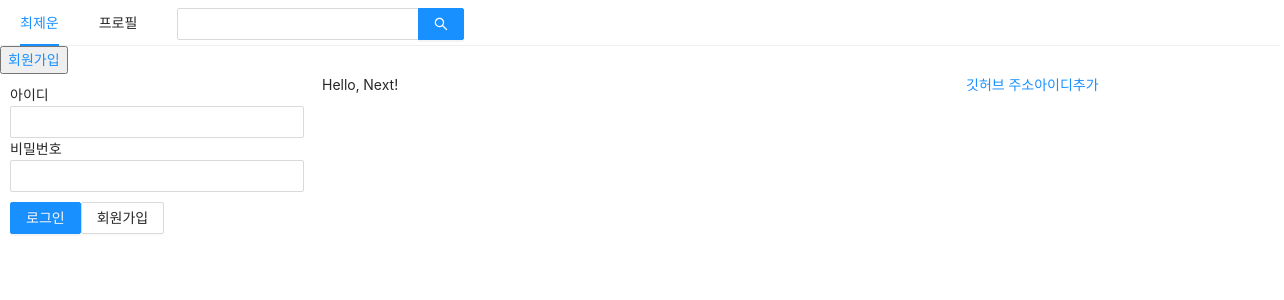
Repository: chlwpdnswku/zerochonext
Page: / (app in front/)
An editor plug-in stored every save of this project. The page is shown before and after the next save, followed by the edit.
The browser window is 1280 px wide. The page is 1284 px wide, so the pictures cover 1284 px, including what lies to the right of the window. The pictures show the whole page.
The project was rebuilt for these pictures with package versions that can differ from the ones it lists, and the page was loaded fresh each time. The framework's server and built-in components were replaced by stand-ins that run in the browser. Also part of the build but not shown: front/components/UserProfile.js.

Above is the page before, as saved 2022-08-28 08:57:41.

### front/pages/_app.js
import React from 'react';
import Head from 'next/head';
import PropTypes from 'prop-types';
import 'antd/dist/antd.css';

const NodeBird = ({ Component }) => {
  return (
    <>
      <Head>
        <meta charSet='utf-8' />
        <title>NodeBird</title>
      </Head>
      <Component />
    </>
  );
};

NodeBird.propTypes = {
  Component: PropTypes.elementType.isRequired,
};

export default NodeBird;

### front/pages/index.js
import React from 'react';
import Head from 'next/head';
import AppLayout from '../components/AppLayout';

const Home = () => (
  <AppLayout>
    <Head>
      <title>NodeBird</title>
    </Head>
    <div>Hello, Next!</div>
  </AppLayout>
);

export default Home;

### front/components/AppLayout.js
import React, { useState } from 'react';
import Link from 'next/link';
import { Menu, Input, Button, Row, Col } from 'antd';
import PropTypes from 'prop-types';
import UserProfile from './UserProfile';
import LoginForm from './LoginForm';

function AppLayout({ children }) {
  const [login, setLogin] = useState(false);

  return (
    <div>
      <Menu mode='horizontal'>
        <Menu.Item key='home'>
          <Link href='/'>
            <a>최제운</a>
          </Link>
        </Menu.Item>
        <Menu.Item key='profile'>
          <Link href='/profile'>
            <a>프로필</a>
          </Link>
        </Menu.Item>
        <Menu.Item key='mail'>
          <Input.Search
            enterButton
            style={{
              verticalAlign: 'middle',
            }}
          />
        </Menu.Item>
      </Menu>
      <Link href='/signup'>
        <a>
          <button>회원가입</button>
        </a>
      </Link>
      <Row gutter={8}>
        <Col xs={24} md={6}>
          {/* Login 구분 */}
          {login ? <UserProfile /> : <LoginForm />}
        </Col>
        <Col xs={24} md={12}>
          {' '}
          {children}
        </Col>
        <Col xs={24} md={6}>
          <a
            href='http://www.naver.com'
            target='_blank'
            rel='noreferrer noopener'
          >
            깃허브 주소아이디추가
          </a>
        </Col>
      </Row>
    </div>
  );
}
AppLayout.propTypes = {
  children: PropTypes.node.isRequired,
};

export default AppLayout;

### front/components/LoginForm.js
import React, { useState, useCallback } from 'react';
import { Button, Form, Input } from 'antd';
import Link from 'next/link';
import styled from 'styled-components';

// 이렇게적어야 객체 변환으로쓸수가있음 아래button한개만 적용

function LoginForm() {
  const [id, setId] = useState('');
  const [password, setPassword] = useState('');

  //컴포넌트에 props를쓰면 useCallback
  const onChangeId = useCallback((e) => {
    setId(e.target.value);
  }, []);

  const onChangePassword = useCallback((e) => {
    setPassword(e.target.value);
  }, []);

  const ButtonWrapper = styled.div`
    margin-top: 10px;
  `;

  return (
    <Form style={{ padding: '10px' }}>
      <div>
        <label htmlFor='user-id'>아이디</label>
        <br />
        <Input name='user-id' value={id} onChange={onChangeId} required />
      </div>

      <div>
        <label htmlFor='user-password'>비밀번호</label>
        <Input
          htmlFor='user-password'
          value={password}
          onChange={onChangePassword}
          type='password'
          required
        />
      </div>

      {/* style에 객체를 넣으면안됨  {}==={} ->false가됨 서로다른 주소를 가리키기때문임 성능적으로큰차이없으면 그냥하기*/}
      <ButtonWrapper>
        <Button type='primary' htmlType='submit' loading={false}>
          로그인
        </Button>
        <Link href='/signup'>
          <a>
            <Button>회원가입</Button>
          </a>
        </Link>
      </ButtonWrapper>
    </Form>
  );
}

export default LoginForm;

Loaded but not shown: front/pages/_document.js (common file)

After the next save:
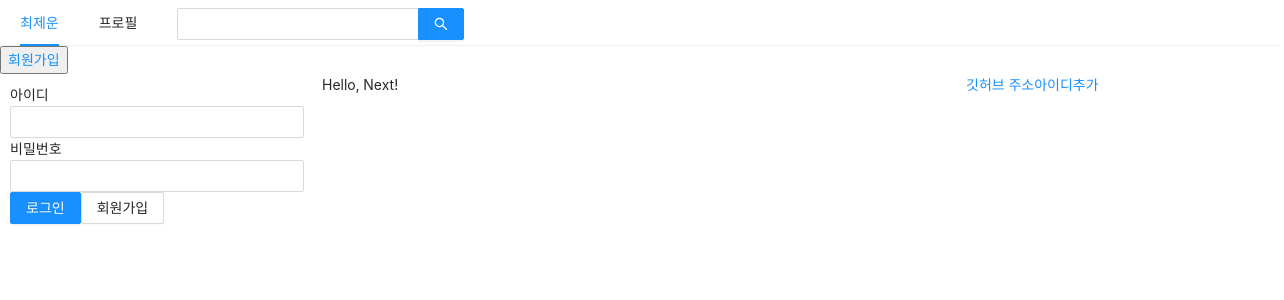
Saved 51 s later.
--- a/front/components/LoginForm.js
+++ b/front/components/LoginForm.js
@@ -19,7 +19,7 @@
   }, []);
 
   const ButtonWrapper = styled.div`
-    margin-top: 10px;
+    margin-top: 10;
   `;
 
   return (

After the save that followed:
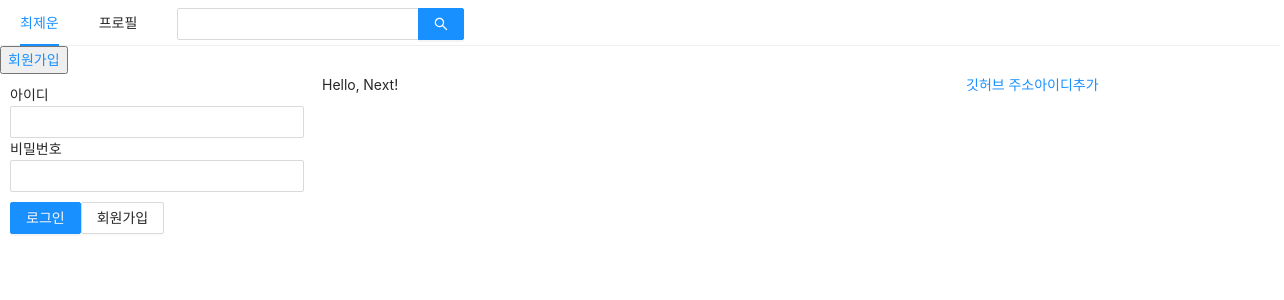
Saved 35 s later.
--- a/front/components/LoginForm.js
+++ b/front/components/LoginForm.js
@@ -4,6 +4,9 @@
 import styled from 'styled-components';
 
 // 이렇게적어야 객체 변환으로쓸수가있음 아래button한개만 적용
+const buttonWrapper = styled.div`
+  margin-top: 10px;
+`;
 
 function LoginForm() {
   const [id, setId] = useState('');
@@ -17,10 +20,6 @@
   const onChangePassword = useCallback((e) => {
     setPassword(e.target.value);
   }, []);
-
-  const ButtonWrapper = styled.div`
-    margin-top: 10;
-  `;
 
   return (
     <Form style={{ padding: '10px' }}>
@@ -41,8 +40,8 @@
         />
       </div>
 
-      {/* style에 객체를 넣으면안됨  {}==={} ->false가됨 서로다른 주소를 가리키기때문임 성능적으로큰차이없으면 그냥하기*/}
-      <ButtonWrapper>
+      {/* style에 객체를 넣으면안됨  {}==={} ->false가됨 서로다른 주소를 가리키기때문임*/}
+      <div style={{ marginTop: '10px' }}>
         <Button type='primary' htmlType='submit' loading={false}>
           로그인
         </Button>
@@ -51,7 +50,7 @@
             <Button>회원가입</Button>
           </a>
         </Link>
-      </ButtonWrapper>
+      </div>
     </Form>
   );
 }
